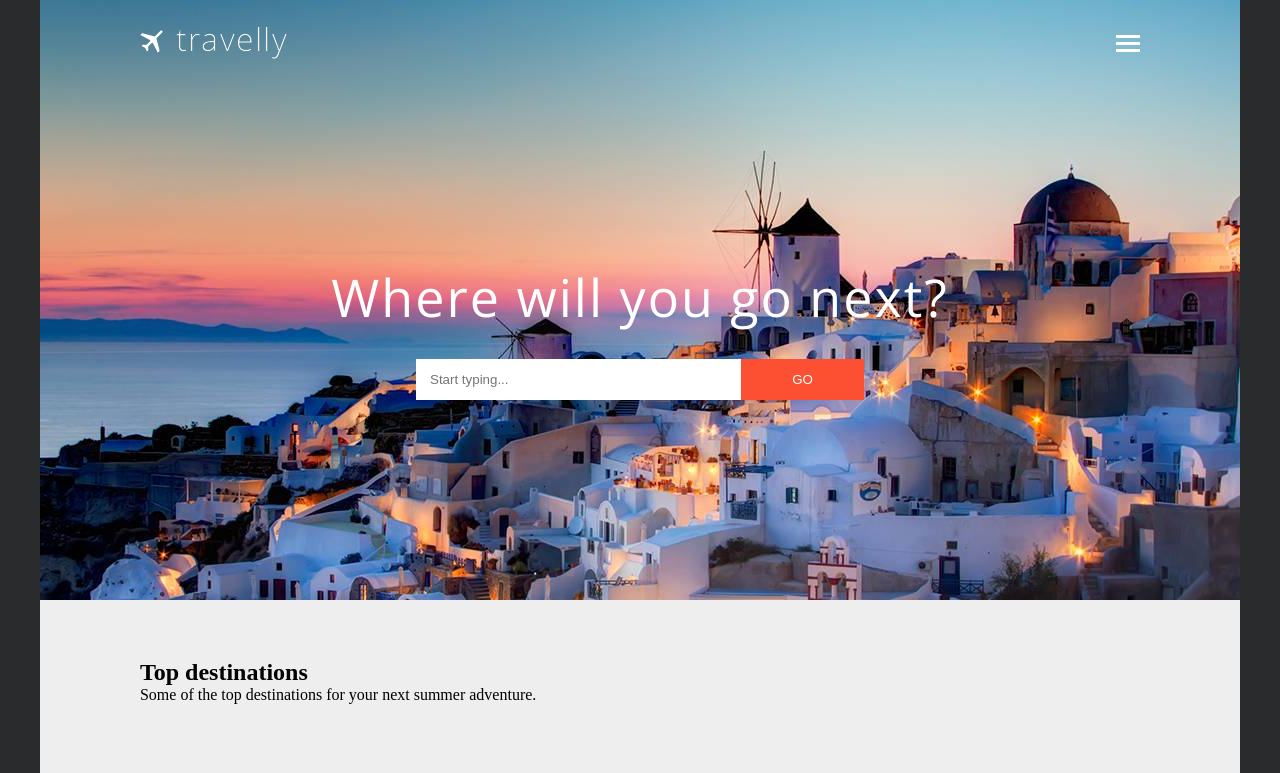
Repository: YusifHasanov/Web-Page-Template
Page: index.html
These files come from the project's save history. The page is drawn as it stood at one moment and after a run of saves; the edit follows.
The browser window is 1280 px wide. The pictures show the whole page.

Above is the page before, as saved 2021-12-05 21:10:11.

After the next 7 saves:
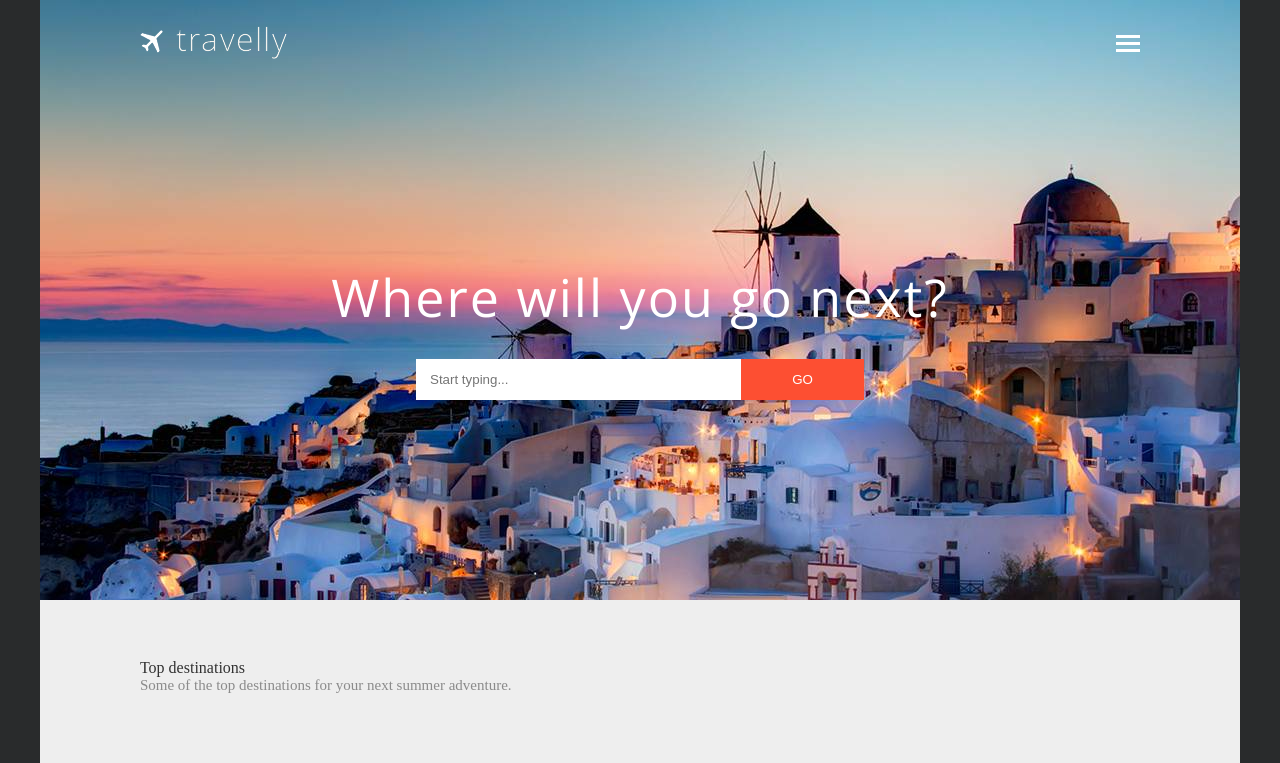
The 7 saves are shown as one change because they came seconds apart.
The last was saved 20 s later.
--- a/css/style.css
+++ b/css/style.css
@@ -86,24 +86,18 @@ button[type='submit'] {
   background-color: #eee;
 }
 
-/*
-
 .top-destinations > h2 {
-
-font-size: 16px;
-letter-spacing: 0px;
-color: #323232;
-font-weight: 400;
-font-family: "Montserrat, sans-serif";
+  font-size: 16px;
+  letter-spacing: 0px;
+  color: #323232;
+  font-weight: 400;
+  font-family: 'Montserrat, sans-serif';
 }
 
-
-font-size: 15px;
-letter-spacing: 0px;
-color: #8b8b8b;
-font-weight: 400;
-font-family: "Open San, sans-serifs";
-
-
-
-*/
+.top-destinations > p {
+  font-size: 15px;
+  letter-spacing: 0px;
+  color: #8b8b8b;
+  font-weight: 400;
+  font-family: 'Open San, sans-serifs';
+}
